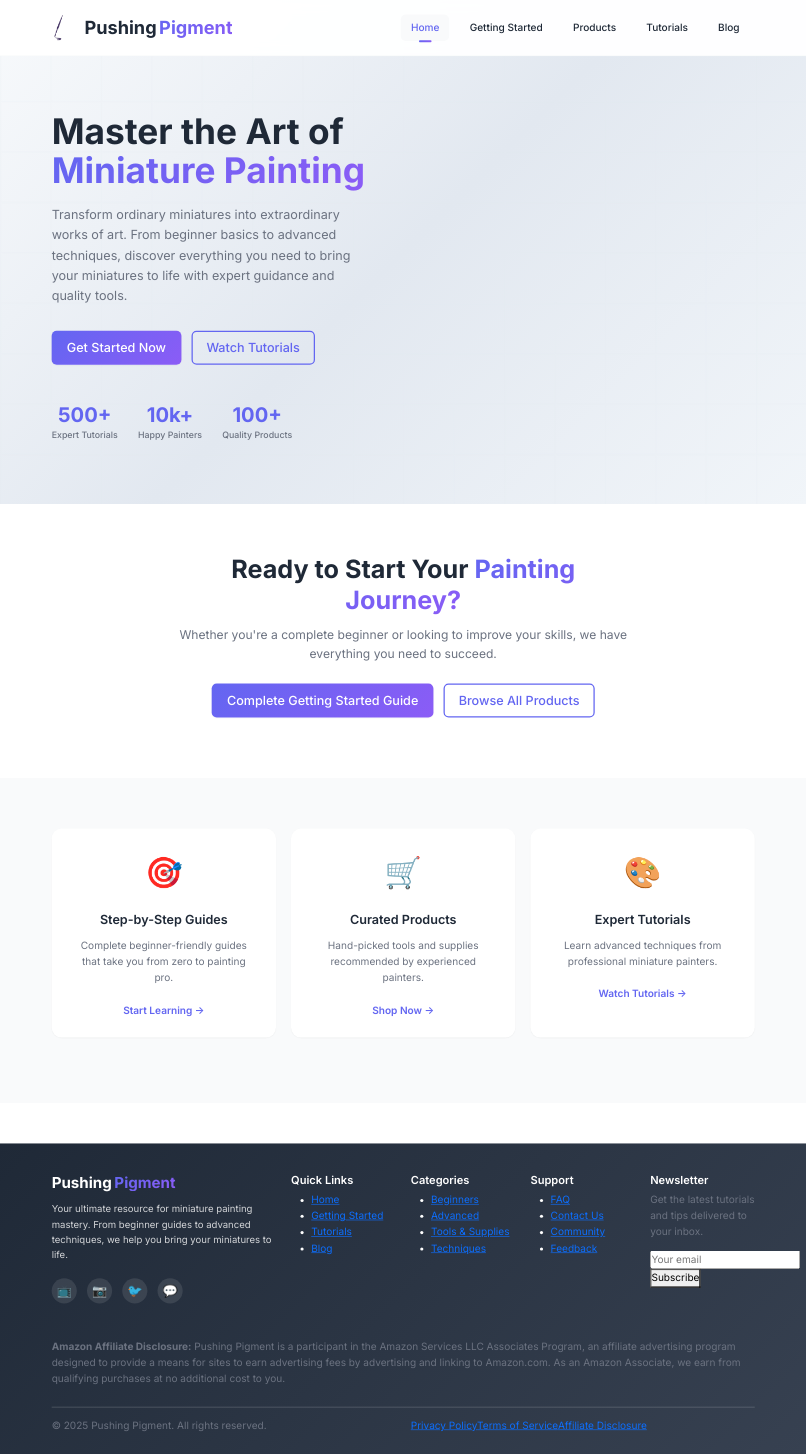
Repository: Aldentec/pushing-pigment-website
Page: /
These files come from the project's save history. The page is drawn as it stood at one moment and after the next save; the edit follows.
The browser window is 1280 px wide. The pictures show the whole page, at 63% of full size.
The project was rebuilt for these pictures with package versions that can differ from the ones it lists, and the page was loaded fresh each time. Also part of the build but not shown: src/data/tutorials.js, src/pages/Tutorials/Tutorials.css, src/pages/Tutorials/Tutorials.jsx, src/components/ProductCard/ProductCard.css, src/components/ProductCard/ProductCard.jsx, src/data/products.js, src/pages/Products/Products.css, src/pages/Products/Products.jsx and 9 more.

Above is the page before, as saved 2025-08-19 09:42:32.

### public/index.html
<!DOCTYPE html>
<html lang="en">
  <head>
    <meta charset="utf-8" />

    <!-- Basic Meta Tags -->
    <meta name="viewport" content="width=device-width, initial-scale=1" />
    <meta name="theme-color" content="#6366f1" />

    <!-- SEO Meta Tags -->
    <title>Pushing Pigment - Master Miniature Painting | Tutorials, Tools & Techniques</title>
    <meta name="description" content="Learn miniature painting with expert tutorials, essential tool guides, and step-by-step techniques. From beginner basics to advanced methods - your complete miniature painting resource." />
    <meta name="keywords" content="miniature painting, warhammer painting, mini painting tutorials, painting techniques, miniature paints, brushes, primer, tabletop gaming, model painting, acrylic paints" />
    <meta name="author" content="Pushing Pigment" />
    <meta name="robots" content="index, follow" />
    <link rel="canonical" href="https://pushingpigment.com" />

    <!-- Open Graph / Facebook -->
    <meta property="og:type" content="website" />
    <meta property="og:url" content="https://pushingpigment.com" />
    <meta property="og:title" content="Pushing Pigment - Master Miniature Painting | Tutorials & Tools" />
    <meta property="og:description" content="Learn miniature painting with expert tutorials, essential tool guides, and step-by-step techniques. From beginner basics to advanced methods." />
    <meta property="og:image" content="https://pushingpigment.com/og-image.jpg" />
    <meta property="og:site_name" content="Pushing Pigment" />
    <meta property="og:locale" content="en_US" />

    <!-- Twitter Card -->
    <meta property="twitter:card" content="summary_large_image" />
    <meta property="twitter:url" content="https://pushingpigment.com" />
    <meta property="twitter:title" content="Pushing Pigment - Master Miniature Painting" />
    <meta property="twitter:description" content="Learn miniature painting with expert tutorials, essential tool guides, and step-by-step techniques." />
    <meta property="twitter:image" content="https://pushingpigment.com/twitter-card.jpg" />
    <meta property="twitter:creator" content="@pushingpigment" />

    <!-- Additional SEO Tags -->
    <meta name="geo.region" content="US" />
    <meta name="geo.placename" content="United States" />
    <meta name="language" content="en-US" />
    <meta name="revisit-after" content="7 days" />
    <meta name="rating" content="general" />

    <!-- Favicons -->
    <link rel="icon" href="%PUBLIC_URL%/favicon.ico" />
    <link rel="manifest" href="%PUBLIC_URL%/site.webmanifest" />
    <link rel="mask-icon" href="%PUBLIC_URL%/safari-pinned-tab.svg" color="#6366f1" />
    <meta name="msapplication-TileColor" content="#6366f1" />
    <meta name="msapplication-config" content="%PUBLIC_URL%/browserconfig.xml" />

    <!-- Preconnect for Performance -->
    <link rel="preconnect" href="https://fonts.googleapis.com" />
    <link rel="preconnect" href="https://fonts.gstatic.com" crossorigin />
    <link rel="preconnect" href="https://www.amazon.com" />

    <!-- Google Fonts -->
    <link href="https://fonts.googleapis.com/css2?family=Inter:wght@300;400;500;600;700&display=swap" rel="stylesheet" />

    <!-- Structured Data / JSON-LD -->
    <script type="application/ld+json">
    {
      "@context": "https://schema.org",
      "@type": "WebSite",
      "name": "Pushing Pigment",
      "description": "Master miniature painting with expert tutorials, essential tool guides, and step-by-step techniques for all skill levels.",
      "url": "https://pushingpigment.com",
      "potentialAction": {
        "@type": "SearchAction",
        "target": {
          "@type": "EntryPoint",
          "urlTemplate": "https://pushingpigment.com/search?q={search_term_string}"
        },
        "query-input": "required name=search_term_string"
      },
      "publisher": {
        "@type": "Organization",
        "name": "Pushing Pigment",
        "url": "https://pushingpigment.com",
        "logo": {
          "@type": "ImageObject",
          "url": "https://pushingpigment.com/logo.png"
        },
        "sameAs": [
          "https://youtube.com/@pushingpigment",
          "https://instagram.com/pushingpigment",
          "https://twitter.com/pushingpigment"
        ]
      }
    }
    </script>

    <script type="application/ld+json">
    {
      "@context": "https://schema.org",
      "@type": "EducationalOrganization",
      "name": "Pushing Pigment",
      "description": "Educational resource for miniature painting techniques and tutorials",
      "url": "https://pushingpigment.com",
      "courseMode": "online",
      "educationalLevel": "Beginner to Advanced",
      "teaches": [
        "Miniature Painting",
        "Model Painting Techniques",
        "Acrylic Painting",
        "Brush Techniques",
        "Color Theory",
        "Weathering Effects"
      ]
    }
    </script>

    <!-- Amazon Associates Disclaimer -->
    <meta name="amazon-affiliate" content="true" />

    <!-- Performance Hints -->
    <link rel="dns-prefetch" href="//amazon.com" />
    <link rel="dns-prefetch" href="//images-amazon.com" />
    <link rel="dns-prefetch" href="//google-analytics.com" />

    <!-- Security Headers -->
    <meta http-equiv="X-Content-Type-Options" content="nosniff" />
    <meta http-equiv="X-Frame-Options" content="DENY" />
    <meta http-equiv="X-XSS-Protection" content="1; mode=block" />
    <meta name="referrer" content="strict-origin-when-cross-origin" />

    <!-- Google tag (gtag.js) -->
    <script async src="https://www.googletagmanager.com/gtag/js?id=G-DWM4GB1EJW"></script>
    <script>
      window.dataLayer = window.dataLayer || [];
      function gtag(){dataLayer.push(arguments);}
      gtag('js', new Date());

      gtag('config', 'G-DWM4GB1EJW');
    </script>
  </head>

  <body>
    <noscript>
      <div style="text-align: center; padding: 50px; font-family: Arial, sans-serif;">
        <h1>JavaScript Required</h1>
        <p>You need to enable JavaScript to run this app and access all miniature painting tutorials and resources.</p>
        <p>Please enable JavaScript in your browser settings and reload the page.</p>
      </div>
    </noscript>

    <!-- Main App Container -->
    <div id="root"></div>

    <!-- Structured Data for Breadcrumbs -->
    <script type="application/ld+json">
    {
      "@context": "https://schema.org",
      "@type": "BreadcrumbList",
      "itemListElement": [
        {
          "@type": "ListItem",
          "position": 1,
          "name": "Home",
          "item": "https://pushingpigment.com"
        },
        {
          "@type": "ListItem",
          "position": 2,
          "name": "Getting Started",
          "item": "https://pushingpigment.com/products"
        },
        {
          "@type": "ListItem",
          "position": 3,
          "name": "Tutorials",
          "item": "https://pushingpigment.com/tutorials"
        }
      ]
    }
    </script>

    <!-- Service Worker Registration (Optional - for PWA features) -->
    <script>
      if ('serviceWorker' in navigator) {
        window.addEventListener('load', function() {
          navigator.serviceWorker.register('/sw.js')
            .then(function(registration) {
              console.log('SW registered: ', registration);
            })
            .catch(function(registrationError) {
              console.log('SW registration failed: ', registrationError);
            });
        });
      }
    </script>
  </body>
</html>

### src/App.jsx
import React from 'react';
import { BrowserRouter as Router, Routes, Route } from 'react-router-dom';
import { HelmetProvider } from 'react-helmet-async';
import 'bootstrap/dist/css/bootstrap.min.css';
import ScrollToTop from './components/ScrollToTop';
import './styles/global.css';
import './App.css';

// Components
import Navigation from './components/Navigation/Navigation';
import Footer from './components/Footer/Footer';

// Pages
import Home from './pages/Home/Home';
import Tutorials from './pages/Tutorials/Tutorials';
import Products from './pages/Products/Products';
import GettingStarted from './pages/GettingStarted/GettingStarted';
import Blog from './pages/Blog/Blog';
import BlogPost from './pages/Blog/BlogPost';


function App() {
  return (
    <HelmetProvider>
      <Router>
        <ScrollToTop />
        <div className="App">
          <Navigation />
          <main>
            <Routes>
              <Route path="/" element={<Home />} />
              <Route path="/getting-started" element={<GettingStarted />} />
              <Route path="/products" element={<Products />} />
              <Route path="/tutorials" element={<Tutorials />} />
              <Route path="/blog" element={<Blog />} />
              <Route path="/blog/:slug" element={<BlogPost />} />
            </Routes>
          </main>
          <Footer />
        </div>
      </Router>
    </HelmetProvider>
  );
}

export default App;

### src/App.css
/* App-specific styles */
.App {
  min-height: 100vh;
  display: flex;
  flex-direction: column;
}

main {
  flex: 1;
}

/* Global overrides for Bootstrap */
.btn:focus {
  box-shadow: none;
}

.btn-primary {
  background: var(--gradient-primary);
  border: none;
}

.btn-primary:hover,
.btn-primary:focus,
.btn-primary:active {
  background: var(--gradient-primary);
  filter: brightness(1.1);
  border: none;
}

.btn-outline-primary {
  border-color: var(--primary-color);
  color: var(--primary-color);
}

.btn-outline-primary:hover,
.btn-outline-primary:focus,
.btn-outline-primary:active {
  background: var(--primary-color);
  border-color: var(--primary-color);
  color: white;
}

/* Custom scrollbar */
::-webkit-scrollbar {
  width: 8px;
}

::-webkit-scrollbar-track {
  background: var(--bg-light);
}

::-webkit-scrollbar-thumb {
  background: var(--primary-color);
  border-radius: 4px;
}

::-webkit-scrollbar-thumb:hover {
  background: var(--secondary-color);
}

/* Smooth scrolling */
html {
  scroll-behavior: smooth;
}

/* Focus styles for accessibility */
*:focus {
  outline: 2px solid var(--primary-color);
  outline-offset: 2px;
}

.btn:focus,
.form-control:focus,
.form-select:focus {
  outline: none;
  box-shadow: 0 0 0 0.2rem rgba(99, 102, 241, 0.25);
}

### src/components/Navigation/Navigation.css
.custom-navbar {
  background: rgba(255, 255, 255, 0.95);
  backdrop-filter: blur(10px);
  border-bottom: 1px solid rgba(229, 231, 235, 0.3);
  transition: all 0.3s ease;
  padding: 1rem 0;
}

.custom-navbar.scrolled {
  background: rgba(255, 255, 255, 0.98);
  box-shadow: 0 4px 20px rgba(0, 0, 0, 0.1);
  padding: 0.5rem 0;
}

.brand-logo {
  font-size: 1.8rem;
  font-weight: 700;
  text-decoration: none;
  display: flex;
  align-items: center;
  gap: 0.75rem;
  transition: all 0.3s ease;
}

.brand-logo:hover {
  text-decoration: none;
  transform: scale(1.02);
}

/* Logo container with fallback logic */
.logo-container {
  position: relative;
  width: 40px;
  height: 40px;
  display: flex;
  align-items: center;
  justify-content: center;
}

.navbar-logo {
  height: 40px;
  width: auto;
  max-width: 40px;
  object-fit: contain;
  transition: all 0.3s ease;
  position: absolute;
  top: 0;
  left: 0;
}

.custom-navbar.scrolled .navbar-logo {
  height: 35px;
}

.custom-navbar.scrolled .logo-container {
  width: 35px;
  height: 35px;
}

/* Fallback paintbrush icon */
.paintbrush-icon-fallback {
  font-size: 1.8rem;
  line-height: 1;
  position: absolute;
  top: 50%;
  left: 50%;
  transform: translate(-50%, -50%);
  z-index: -1; /* Behind the image, shows only if image fails */
}

.custom-navbar.scrolled .paintbrush-icon-fallback {
  font-size: 1.6rem;
}

/* If you want to force show only the emoji (for testing) */
.logo-container.force-emoji .navbar-logo {
  display: none !important;
}

.logo-container.force-emoji .paintbrush-icon-fallback {
  z-index: 1;
}

.brand-text-container {
  display: flex;
  flex-direction: row;
  align-items: center;
  gap: 0.25rem;
}

.brand-text {
  color: var(--text-dark);
}

.brand-accent {
  background: var(--gradient-primary);
  -webkit-background-clip: text;
  -webkit-text-fill-color: transparent;
  background-clip: text;
}

.navbar-nav .nav-link {
  font-weight: 500;
  color: var(--text-dark) !important;
  margin: 0 0.5rem;
  padding: 0.5rem 1rem !important;
  border-radius: 8px;
  transition: all 0.3s ease;
  position: relative;
}

.navbar-nav .nav-link:hover {
  color: var(--primary-color) !important;
  background: var(--bg-light);
}

.navbar-nav .nav-link.active {
  color: var(--primary-color) !important;
  background: var(--bg-light);
}

.navbar-nav .nav-link.active::after {
  content: '';
  position: absolute;
  bottom: -2px;
  left: 50%;
  transform: translateX(-50%);
  width: 20px;
  height: 3px;
  background: var(--gradient-primary);
  border-radius: 2px;
}

.navbar-toggler {
  border: none;
  padding: 0.25rem 0.5rem;
}

.navbar-toggler:focus {
  box-shadow: none;
}

.navbar-toggler-icon {
  background-image: url("data:[embedded picture, 228 characters]");
}

@media (max-width: 991px) {
  .custom-navbar {
    padding: 0.75rem 0;
  }

  .navbar-nav .nav-link {
    margin: 0.25rem 0;
    text-align: center;
  }

  .navbar-nav .nav-link.active::after {
    display: none;
  }

  .logo-container {
    width: 35px;
    height: 35px;
  }

  .navbar-logo {
    height: 35px;
  }

  .paintbrush-icon-fallback {
    font-size: 1.6rem;
  }

  .brand-text-container {
    flex-direction: column;
    gap: 0;
    line-height: 1;
  }

  .brand-text, .brand-accent {
    font-size: 0.9rem;
  }
}

### src/components/Footer/Footer.css
.site-footer {
  background: linear-gradient(135deg, var(--text-dark) 0%, #374151 100%);
  color: white;
  padding: 3rem 0 1rem;
  margin-top: 4rem;
}

.footer-section {
  margin-bottom: 2rem;
}

.footer-brand {
  font-size: 1.5rem;
  font-weight: 700;
  margin-bottom: 1rem;
  display: flex;
  align-items: center;
}

.footer-brand .brand-text {
  color: white;
  margin-right: 0.25rem;
}

.footer-brand .brand-accent {
  background: var(--gradient-primary);
  -webkit-background-clip: text;
  -webkit-text-fill-color: transparent;
  background-clip: text;
}

.footer-description {
  color: rgba(255, 255, 255, 0.8);
  line-height: 1.6;
  margin-bottom: 1.5rem;
  font-size: 0.95rem;
}

.social-links {
  display: flex;
  gap: 1rem;
}

.social-link {
  display: inline-flex;
  align-items: center;
  justify-content: center;
  width: 40px;
  height: 40px;
  background: rgba(255, 255, 255, 0.1);
  border-radius: 50%;
  color: white;
  text-decoration: none;
  font-size: 1.2rem;
  transition: all 0.3s ease;
}

### src/components/Hero/Hero.jsx
import React from 'react';
import { Container, Row, Col, Button } from 'react-bootstrap';
import { Link } from 'react-router-dom';
import './Hero.css';

const Hero = () => {
  return (
    <section className="hero-section">
      <div className="hero-background"></div>
      <Container>
        <Row className="align-items-center min-vh-100 py-5">
          <Col lg={6} className="hero-content">
            <div className="fade-in-up">
              <h1 className="hero-title">
                Master the Art of
                <span className="gradient-text"> Miniature Painting</span>
              </h1>
              <p className="hero-description">
                Transform ordinary miniatures into extraordinary works of art.
                From beginner basics to advanced techniques, discover everything
                you need to bring your miniatures to life with expert guidance and quality tools.
              </p>
              <div className="hero-buttons">
                <Button
                  as={Link}
                  to="/getting-started"
                  className="btn-primary-custom me-3 mb-3"
                  size="lg"
                >
                  Get Started Now
                </Button>
                <Button
                  as={Link}
                  to="/tutorials"
                  variant="outline-primary"
                  className="btn-outline-custom mb-3"
                  size="lg"
                >
                  Watch Tutorials
                </Button>
              </div>
              <div className="hero-stats">
                <div className="stat-item">
                  <span className="stat-number">500+</span>
                  <span className="stat-label">Expert Tutorials</span>
                </div>
                <div className="stat-item">
                  <span className="stat-number">10k+</span>
                  <span className="stat-label">Happy Painters</span>
                </div>
                <div className="stat-item">
                  <span className="stat-number">100+</span>
                  <span className="stat-label">Quality Products</span>
                </div>
              </div>
            </div>
          </Col>
          <Col lg={6} className="hero-image-col">
            <div className="hero-image-container fade-in-up">
              {/* Realistic Animated Painter Scene */}
              <div className="painter-scene">
                {/* Floating paint drops */}
                <div className="paint-drop"></div>
                <div className="paint-drop"></div>
                <div className="paint-drop"></div>

                {/* Chair */}
                <div className="chair"></div>

                {/* Desk with items */}
                <div className="desk">
                  {/* Miniature base */}
                  <div className="miniature-base"></div>
                  {/* Miniature figure parts */}
                  <div className="miniature"></div>
                  <div className="miniature-arms"></div>
                  <div className="miniature-legs"></div>
                  {/* Paint contact point */}
                  <div className="paint-contact"></div>
                  {/* Paint palette */}
                  <div className="palette"></div>
                  {/* Water cup */}
                  <div className="water-cup"></div>
                </div>

                {/* Realistic painter character */}
                <div className="painter">
                  <div className="head">
                    <div className="eyes"></div>
                    <div className="nose"></div>
                    <div className="mouth"></div>
                  </div>
                  <div className="body">
                    <div className="arm-left">
                      <div className="forearm-left">
                        <div className="hand">
                          <div className="paintbrush"></div>
                        </div>
                      </div>
                    </div>
                    <div className="arm-right"></div>
                  </div>
                </div>
              </div>

              {/* Keep the floating elements for extra charm */}
              <div className="floating-elements">
                <div className="floating-element element-1">🖌️</div>
                <div className="floating-element element-2">🎭</div>
                <div className="floating-element element-3">⚔️</div>
                <div className="floating-element element-4">🏰</div>
              </div>
            </div>
          </Col>
        </Row>
      </Container>
    </section>
  );
};

export default Hero;

### src/pages/Home/Home.css
/* Home Page Styles */

.home-page {
  /* Base styles */
}

/* Quick Start Section */
.quick-start-section {
  background: white;
}

.quick-start-buttons {
  margin-top: 2rem;
}

/* Features Section */
.features-section {
  background: var(--bg-light);
}

.feature-card {
  background: white;
  padding: 2rem;
  border-radius: 16px;
  box-shadow: var(--shadow-sm);
  text-align: center;
  height: 100%;
  transition: all 0.3s ease;
}

.feature-card:hover {
  transform: translateY(-8px);
  box-shadow: var(--shadow-lg);
}

.feature-icon {
  font-size: 3rem;
  margin-bottom: 1.5rem;
}

.feature-card h4 {
  font-size: 1.25rem;
  font-weight: 600;
  color: var(--text-dark);
  margin-bottom: 1rem;
}

.feature-card p {
  color: var(--text-light);
  margin-bottom: 1.5rem;
  line-height: 1.6;
}

.feature-link {
  color: var(--primary-color);
  font-weight: 600;
  text-decoration: none;
  padding: 0;
  border: none;
  background: none;
  transition: color 0.3s ease;
}

.feature-link:hover {
  color: var(--secondary-color);
  text-decoration: none;
}

.section-title {
  font-size: 2.5rem;
  font-weight: 700;
  margin-bottom: 1rem;
  color: var(--text-dark);
}

.section-description {
  font-size: 1.2rem;
  color: var(--text-light);
  line-height: 1.6;
  margin-bottom: 2rem;
}

/* Responsive */
@media (max-width: 768px) {
  .section-title {
    font-size: 2rem;
  }

  .section-description {
    font-size: 1.1rem;
  }

  .feature-card {
    padding: 1.5rem;
  }

  .feature-icon {
    font-size: 2.5rem;
  }

  .quick-start-buttons .btn {
    width: 100%;
    margin-bottom: 1rem;
  }

  .quick-start-buttons .btn:last-child {
    margin-bottom: 0;
  }
}

Loaded but not shown: src/index.tsx (common file); src/index.css (common file); src/reportWebVitals.ts (common file); src/components/ScrollToTop.js (common file); src/components/GettingStarted/GettingStarted.css (688 lines, source omitted); src/pages/Home/Home.jsx (199 lines, source omitted); src/components/Hero/Hero.css (450 lines, source omitted); src/components/Footer/Footer.jsx (129 lines, source omitted); src/components/Navigation/Navigation.jsx (122 lines, source omitted); src/styles/global.css (170 lines, source omitted)

After the next save:
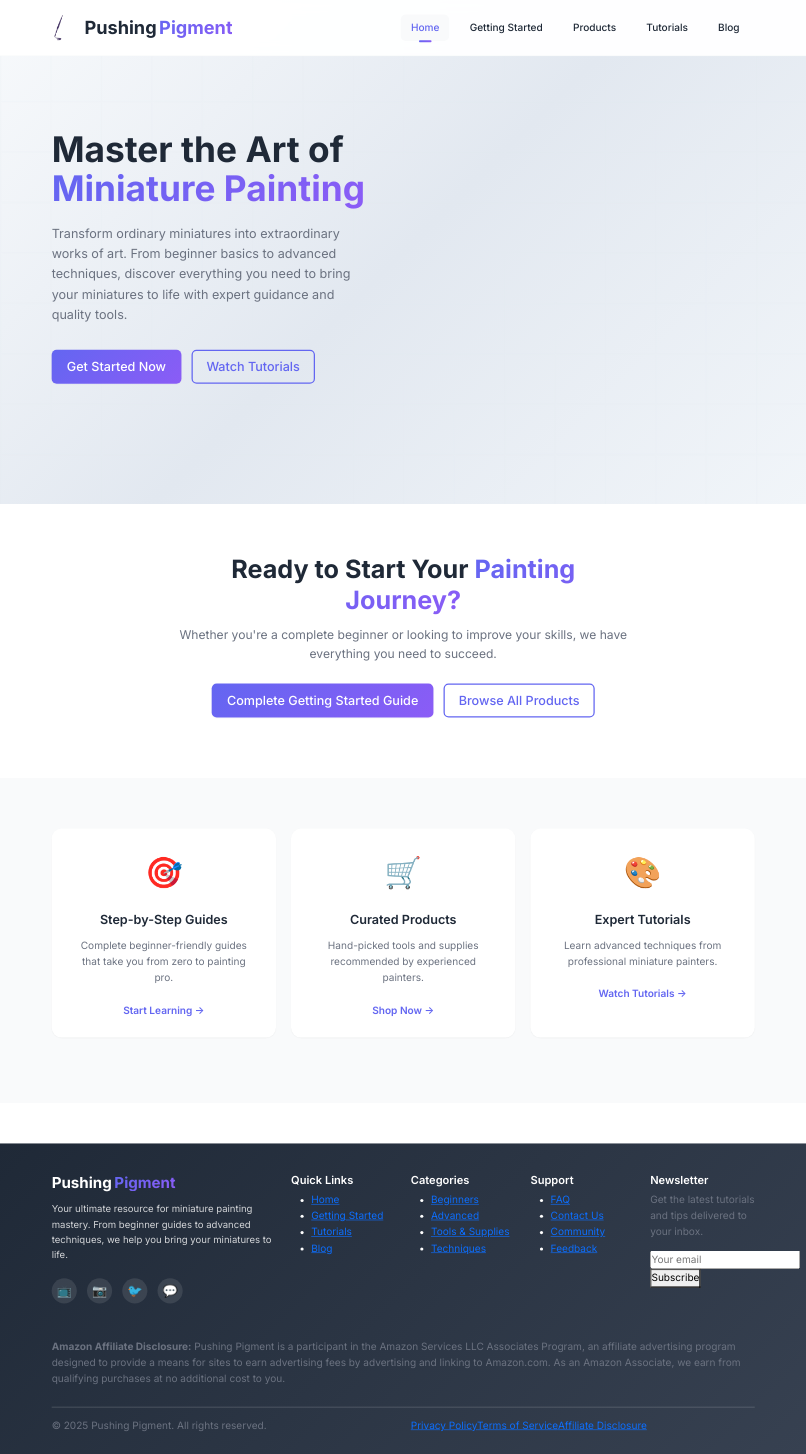
Saved 9 min 19 s later.
--- a/src/components/Hero/Hero.jsx
+++ b/src/components/Hero/Hero.jsx
@@ -38,20 +38,6 @@
                 >
                   Watch Tutorials
                 </Button>
-              </div>
-              <div className="hero-stats">
-                <div className="stat-item">
-                  <span className="stat-number">500+</span>
-                  <span className="stat-label">Expert Tutorials</span>
-                </div>
-                <div className="stat-item">
-                  <span className="stat-number">10k+</span>
-                  <span className="stat-label">Happy Painters</span>
-                </div>
-                <div className="stat-item">
-                  <span className="stat-number">100+</span>
-                  <span className="stat-label">Quality Products</span>
-                </div>
               </div>
             </div>
           </Col>
